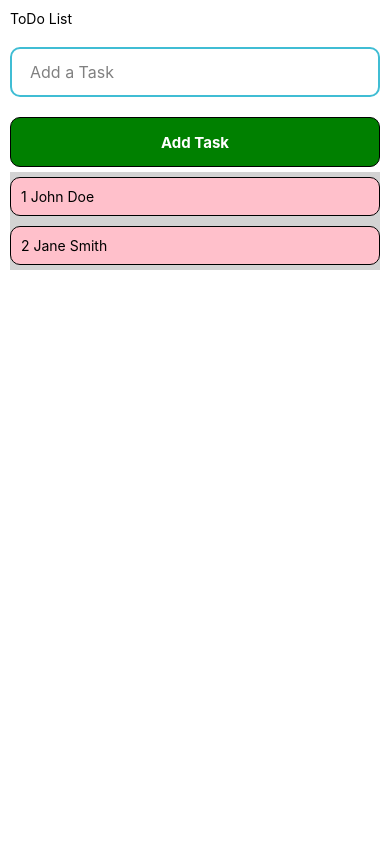
Repository: raisingh22/Projects
Screen: /
The author's editor kept a copy of each file at every save. The screen is drawn from the files as they stood at one save, then again after a run of saves.
The app was drawn by React Native's web renderer in a window 390 px wide. The project was rebuilt for these pictures with package versions that can differ from the ones it lists, and the page was loaded fresh each time.

Above is the screen before, as saved 2024-01-21 19:17:08.

After the next 4 saves:
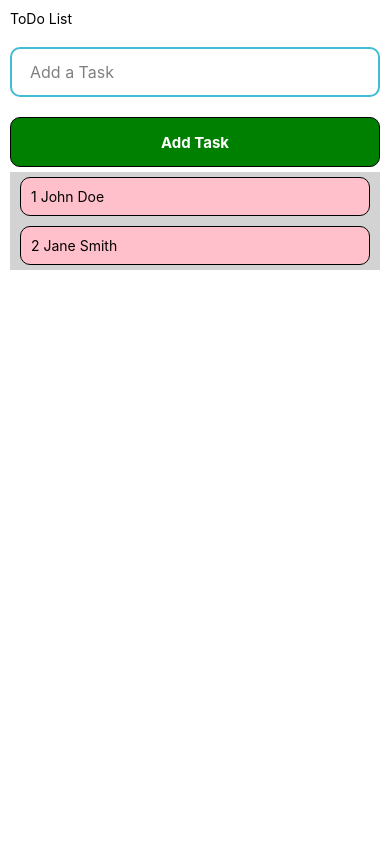
The 4 saves are shown as one change because they came seconds apart.
The last was saved 12 s later.
--- a/src/ToDoList/screens/ToDo.js
+++ b/src/ToDoList/screens/ToDo.js
@@ -46,7 +46,8 @@ const ToDo = () => {
               padding:10,
               borderWidth:1,
               marginVertical:5,
-              borderRadius:10
+              borderRadius:10,
+              marginHorizontal:10
             }}>
             <Text>
               {item.id} {item.name}
